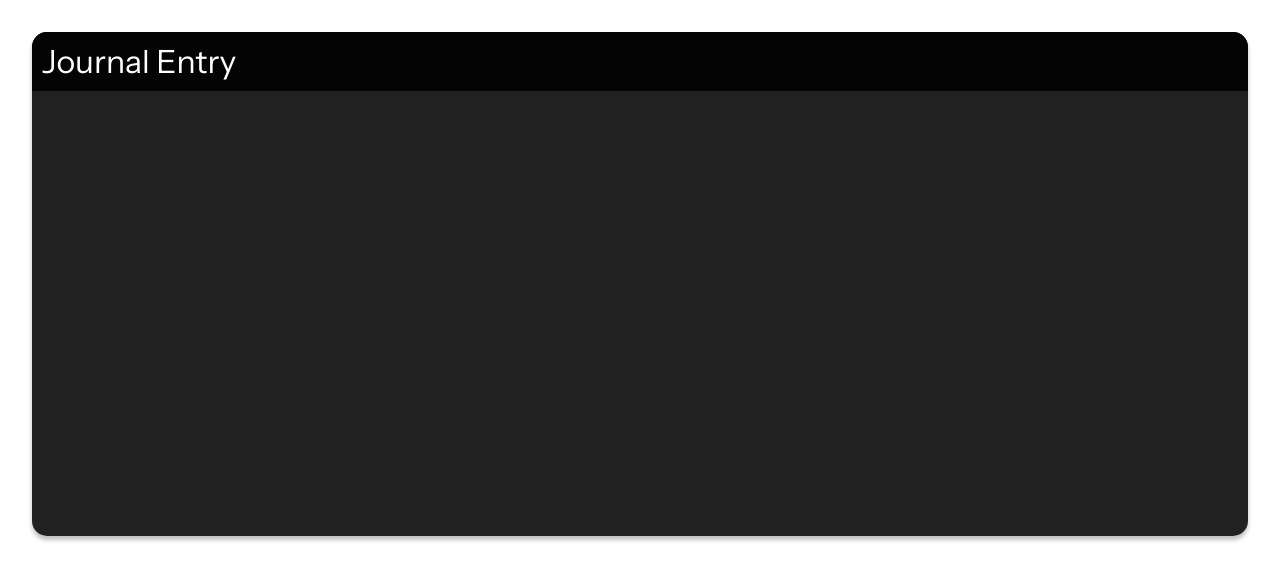
Repository: kestermbah/ai-journal
Page: /
These files come from the project's save history. The page is drawn as it stood at one moment and after the next save; the edit follows.
The browser window is 1280 px wide. The pictures show the whole page.
The project was rebuilt for these pictures with package versions that can differ from the ones it lists, and the page was loaded fresh each time. Also part of the build but not shown: vite.config.ts, src/index.css.

Above is the page before, as saved 2024-12-24 20:59:48.

After the next save:
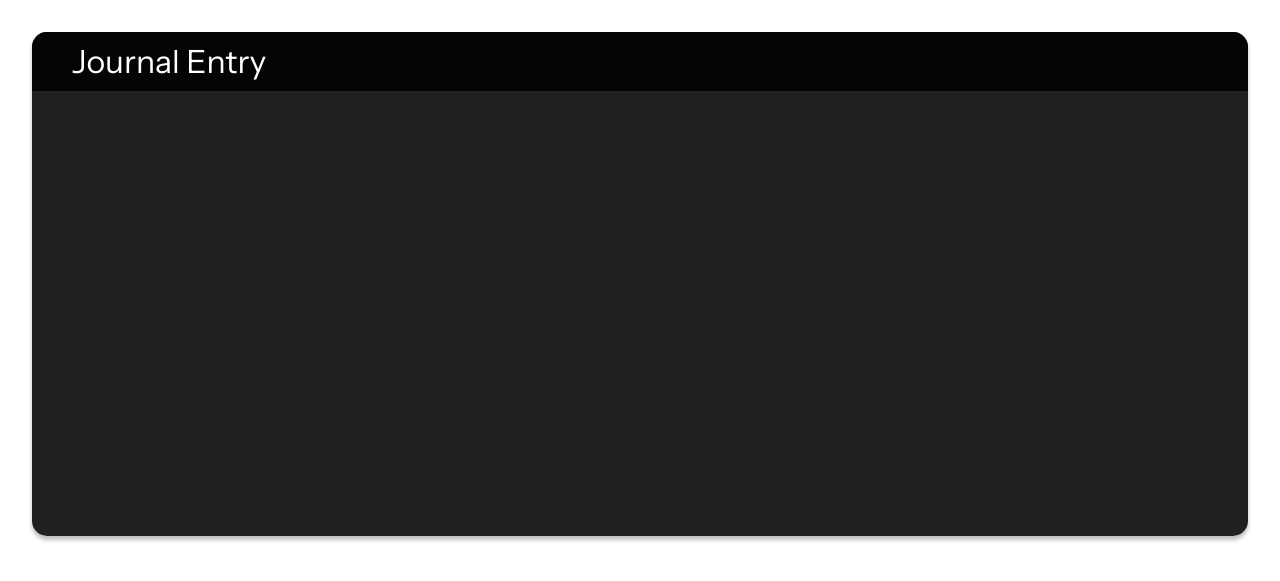
Saved 38 s later.
--- a/src/components/Journal.css
+++ b/src/components/Journal.css
@@ -17,7 +17,7 @@ body {
     font-style: normal;
     font-weight: 400;
     line-height: normal;
-
+    padding-left: 40px;
 }
 
 .Journal {
